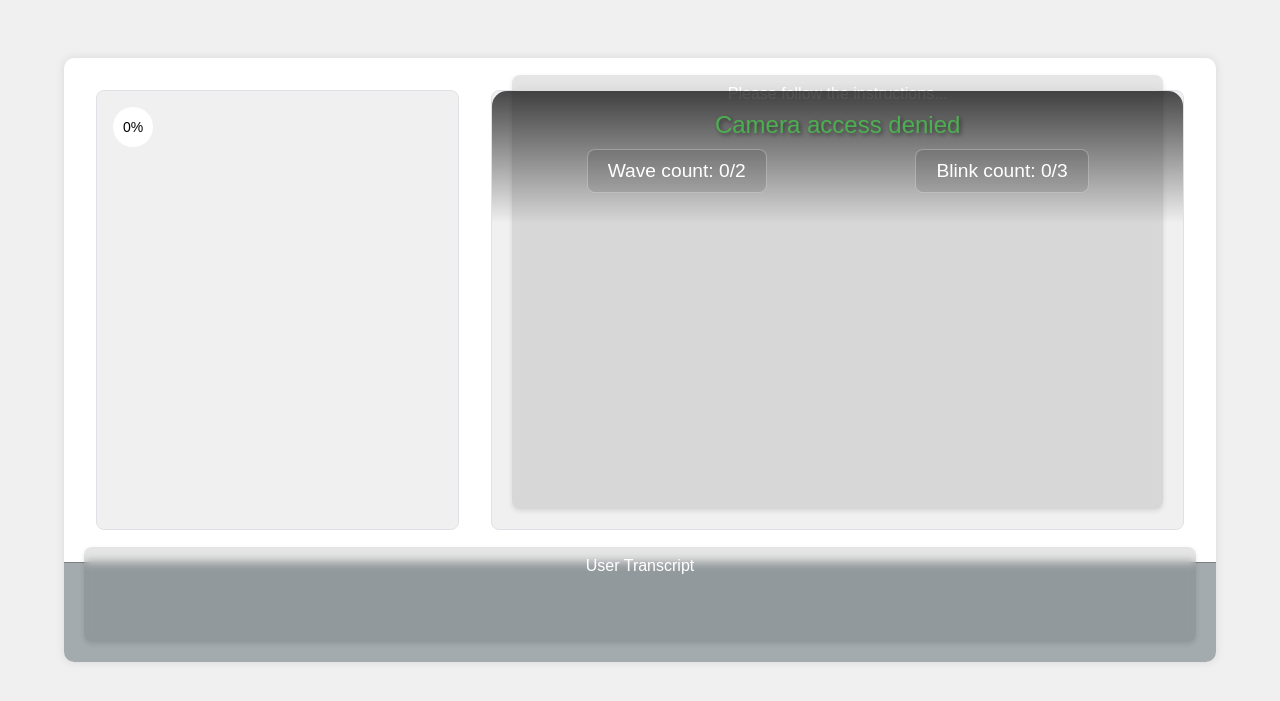
Repository: Ayaanns/E-kyc-BE-project
Page: http://localhost/
The author's editor kept a copy of each file at every save. The page is drawn from the files as they stood at one save, then again after the next save.
The browser window is 1280 px wide. The pictures show the whole page.
The page is served by the project's application, run on Django 4.2 (manage.py). A made-up administrator, testuser (Test User, test@example.com), is signed in.

Above is the page before, as saved 2025-03-02 02:09:12.

After the next save:
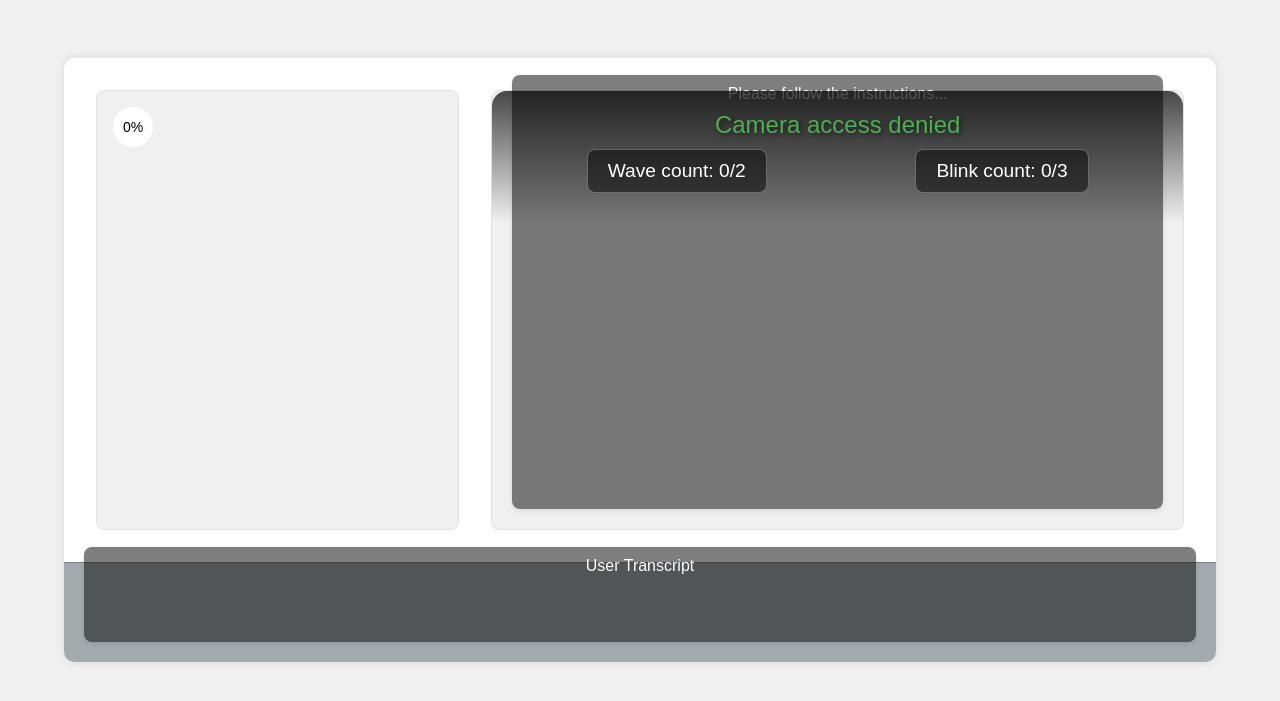
Saved 2 min 7 s later.
--- a/templates/home.html
+++ b/templates/home.html
@@ -39,13 +39,12 @@
         }
 
         .status-box {
-            background: rgba(0,0,0,0.1);
+            background: rgba(0,0,0,0.5);
             padding: 10px 20px;
             border-radius: 8px;
             text-align: center;
             color: white;
             border: 1px solid rgba(255,255,255,0.3);
-            backdrop-filter: blur(.5px);
         }
 
         .verification-message {
@@ -63,11 +62,10 @@
             right: 0;
             text-align: center;
             color: white;
-            background: rgba(0,0,0,0.1);
+            background: rgba(0,0,0,0.5);
             padding: 10px;
             margin: 0 20px;
             border-radius: 8px;
-            backdrop-filter: blur(5px);
         }
     </style>
 </head>
